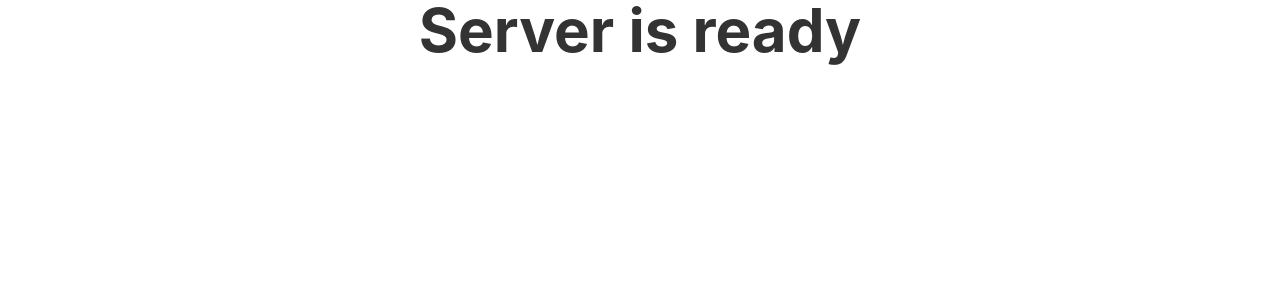
Repository: Devloper-solaiman/University-Of-Dhaka
Page: /
These files come from the project's save history. The page is drawn as it stood at one moment and after the next save; the edit follows.
The browser window is 1280 px wide. The pictures show the whole page.
The project was rebuilt for these pictures with package versions that can differ from the ones it lists, and the page was loaded fresh each time.

Above is the page before, as saved 2023-02-14 09:41:06.

After the next save:
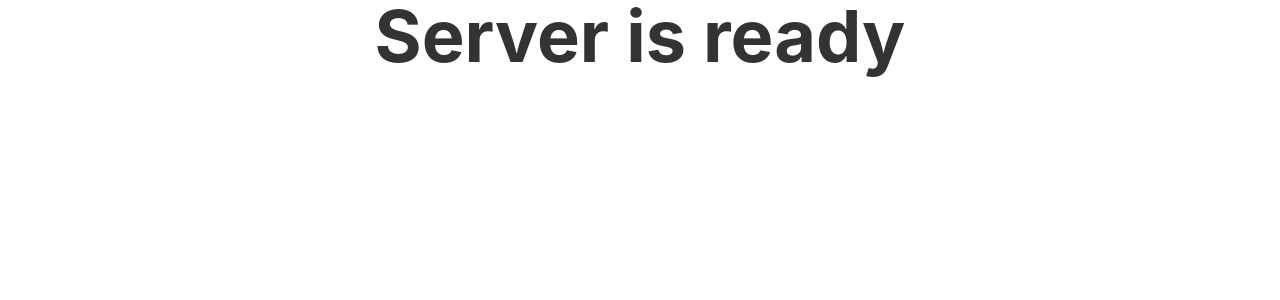
Saved 5 s later.
--- a/src/App.js
+++ b/src/App.js
@@ -4,7 +4,7 @@ import './App.css';
 function App() {
   return (
     <div className="App">
-      <h1 className='text-6xl font-bold'>Server is ready</h1>
+      <h1 className='text-7xl font-bold'>Server is ready</h1>
     </div>
   );
 }
